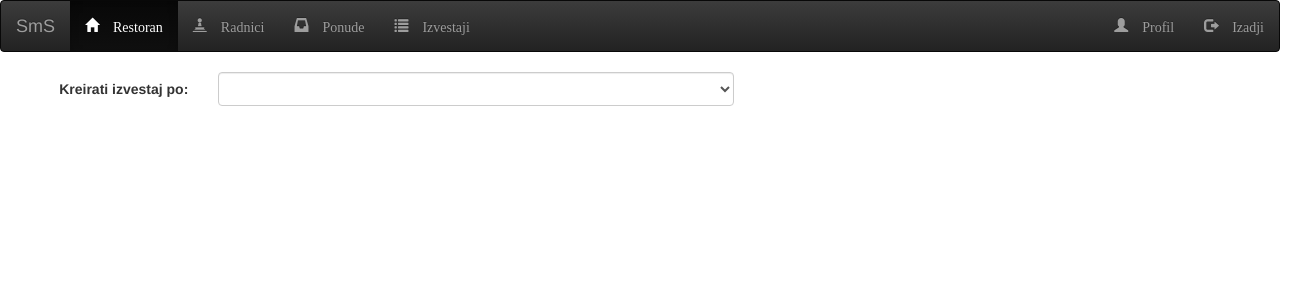
Repository: milanadam94/ISA-2016
Page: jpa-example/src/main/webapp/RestaurantManager/RestourantManagerReport.html
The author's editor kept a copy of each file at every save. The page is drawn from the files as they stood at one save, then again after the next save.
The browser window is 1280 px wide. The page is 1295 px wide, so the pictures cover 1295 px, including what lies to the right of the window. The pictures show the whole page.
Some web libraries are served in a nearby version.

Above is the page before, as saved 2017-03-01 08:44:42.

After the next save:
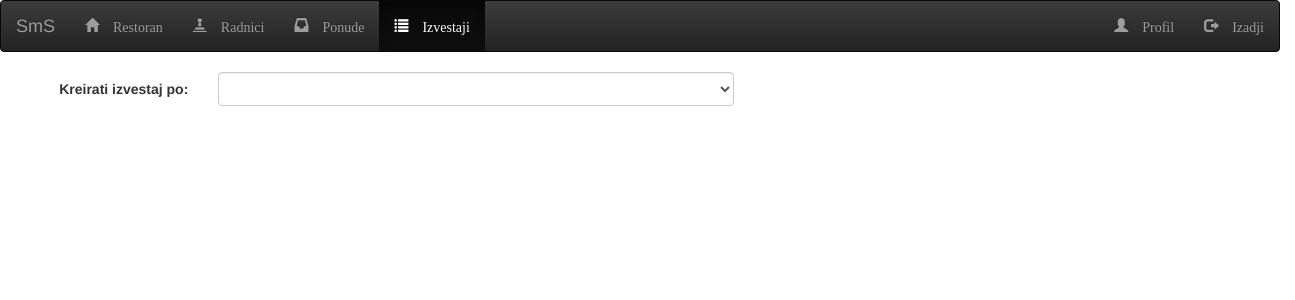
Saved 9 s later.
--- a/jpa-example/src/main/webapp/RestaurantManager/RestourantManagerReport.html
+++ b/jpa-example/src/main/webapp/RestaurantManager/RestourantManagerReport.html
@@ -33,10 +33,10 @@
 				<a class="navbar-brand">SmS</a>
 			</div>
 		<ul class="nav navbar-nav">
-			<li class="active"><a href="RestaurantManager.html" ng-click="getRestaurant()"><span class="glyphicon glyphicon-home"> Restoran </span></a></li>
+			<li ><a href="RestaurantManager.html" ng-click="getRestaurant()"><span class="glyphicon glyphicon-home"> Restoran </span></a></li>
 			<li><a href="RestaurantManagerWorkers.html"><span class="glyphicon glyphicon-pawn"> Radnici</span></a></li>
 			<li><a href="RestaurantManagerOfferers.html"><span class="glyphicon glyphicon-inbox"> Ponude </span></a></li>
-			<li><a href="RestourantManagerReport.html"><span class="glyphicon glyphicon-list"> Izvestaji </span></a></li>
+			<li class="active"><a href="RestourantManagerReport.html"><span class="glyphicon glyphicon-list"> Izvestaji </span></a></li>
 		</ul>
 		<ul class="nav navbar-nav navbar-right">
 			<li><a href="#"><span class="glyphicon glyphicon-user"> Profil</span> </a>
